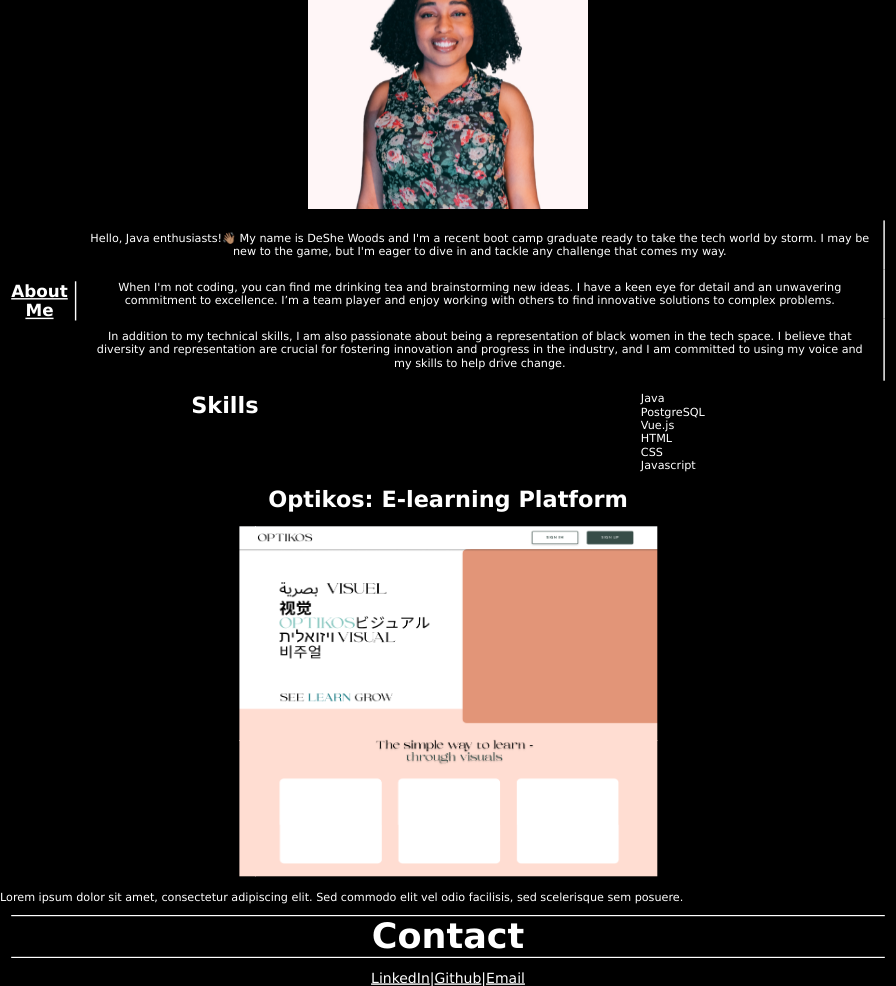
Repository: woodsdeshe/portfolio
Page: index.html
An editor plug-in stored every save of this project. The page is shown before and after the next save, followed by the edit.
The browser window is 1280 px wide. The pictures show the part of the page from y = 937 to 2857 px (the page is 2346 px tall before and 2857 px after), at 70% of full size.
A picture or video elsewhere on the page could not be fetched, so the positions and the page height are approximate. Some web fonts or font styles are not loaded; a fallback is used.

Above is the page before, as saved 2023-06-11 12:10:35.

### index.html
<!DOCTYPE html>
<html lang="en">
<head>
    <meta charset="UTF-8">
    <meta http-equiv="X-UA-Compatible" content="IE=edge">
    <meta name="viewport" content="width=device-width, initial-scale=1.0">
    <title>DeShe Woods | Software Engineer</title>
    <link rel="stylesheet" href="style.css">
    <link rel="stylesheet" href="https://cdnjs.cloudflare.com/ajax/libs/aos/2.3.4/aos.css" />
</head>
<body>
    <div class="container">
        <video autoplay muted loop>
            <source src="background-4422.mp4" type="video/mp4">
        </video>
        <div class="header">
            <h1>DESHE WOODS</h1>
        </div>
    </div>
    <div class="subheader">
        <h3>SOFTWARE ENGINEER | VISUAL ARTIST</h3>
    </div>
    <div class="headshot" data-aos="fade-up">
        <img src="Headshot.jpg" alt="Picture of DeShe Woods">
    </div>
    <div class="about-me" data-aos="fade-up">
        <h2>About Me</h2>
        <div class="about-me-content">
          <p>Hello, Java enthusiasts!👋🏽 My name is DeShe Woods and I'm a recent boot camp graduate ready to take the tech world by storm. I may be new to the game, but I'm eager to dive in and tackle any challenge that comes my way.</p>
          <p>When I'm not coding, you can find me drinking tea and brainstorming new ideas. I have a keen eye for detail and an unwavering commitment to excellence. I’m a team player and enjoy working with others to find innovative solutions to complex problems.</p>
          <p>In addition to my technical skills, I am also passionate about being a representation of black women in the tech space. I believe that diversity and representation are crucial for fostering innovation and progress in the industry, and I am committed to using my voice and my skills to help drive change.</p>
        </div>
      </div>

      <div class="skills-content" data-aos="fade-up">
        <h1>Skills</h1>
        <div class="skills-grid">
          <p class="java">Java</p>
          <p class="postgresql">PostgreSQL</p>
          <p class="Vue-js">Vue.js</p>
          <p class="html">HTML</p>
          <p class="css">CSS</p>
          <p class="javascript">Javascript</p>
        </div>
      </div>

      <div class="optikos" data-aos="fade-up">
        <h1>Optikos: E-learning Platform</h1>
        <div class="optikos-content">
          <img src="Screenshot (6).png" alt="Screenshot of Optikos home page">
          <p>Lorem ipsum dolor sit amet, consectetur adipiscing elit. Sed commodo elit vel odio facilisis, sed scelerisque sem posuere.</p>
        </div>
      </div>

    <div class="contact" data-aos="fade-right">
        <h2>Contact</h2>
    </div>
   <footer>
    <a href="#">LinkedIn</a> |
    <a href="#">Github</a> |
    <a href="#">Email</a>
   </footer>

   <script src="https://cdnjs.cloudflare.com/ajax/libs/jquery/3.6.0/jquery.min.js"></script>
   <script src="https://cdnjs.cloudflare.com/ajax/libs/aos/2.3.4/aos.js"></script>
   <script>
     AOS.init();
   </script>
</body>
</html>

### style.css
@import url('https://fonts.googleapis.com/css2?family=Climate+Crisis&display=swap');

* {
    margin: 0;
    padding: 0;
    box-sizing: border-box;
}

body:not(.container) {
    background-color: #000;
    font-family: Verdana, Geneva, Tahoma, sans-serif;
    color: white;
}

.container {
    width: 100%;
    height: 100%;
    position: relative;
}

.container video {
    height: 100%;
    width: 100%;
}

.header h1{
    font-family:'Climate Crisis', cursive, Verdana;
    font-size: 200px;
    font-weight: 900;
    text-align: center;
    color: white;
    position: absolute;
    top: 0;
    left:0;
    background: #000;
    height: 100%;
    width: 100%;
    display:flex;
    align-items: center;
    justify-content: center;
    flex-wrap: wrap;
    mix-blend-mode: multiply;
}

.subheader {
    border-top: 2px solid white;
    border-bottom: 2px solid white;
    padding: 1rem;
    text-align: center;
    font-size: 50px;
}

.headshot img {
    height:400px;
    width: 400px;
    align-content: center;
    display:block;
    margin-left: auto;
    margin-right: auto;
    margin-top: 20px;
}

.about-me {
    padding: 1rem;
    text-align: center;
    display: flex;
    align-items: center;
}

.about-me h2 {
    text-decoration: underline;
    border-right: 2px solid white;
    padding-right: 10px;
}

.about-me p {
    border-right: 2px solid white;
    padding: 1rem;
}

.portfolio-header, .skills-header, .contact h2 {
    font-size: 50px;
    text-align: center;
    border-top: 2px solid white;
    border-bottom: 2px solid white;
    margin: 1rem
}

.skills-content {
    display: flex;
    flex-direction: row;
    justify-content: space-around;
}

.portfolio {
    display: flex;
    flex-direction: column;
}

.optikos img {
   width: 597px;
   height: 500px;
   display: block;
   margin-left: auto;
    margin-right: auto;
    margin-bottom: 20px;
}


.optikos h1 {
    text-align: center;
    margin: 20px;
}

.optikos p {
    grid-area: "optikos-content";
}

.contact h2{
    font-size: 50px
}

footer {
    display: flex;
    justify-content: center;
    font-size: 20px;
}

footer a {

        box-shadow: inset 0 0 0 0 #54b3d6;
        color: white;
        margin: 0 -.25rem;
        padding: 0 .25rem;
        transition: color .3s ease-in-out, box-shadow .3s ease-in-out;
}
    footer a:hover {
        box-shadow: inset 100px 0 0 0 #54b3d6;
        color: white;
      }

After the next save:
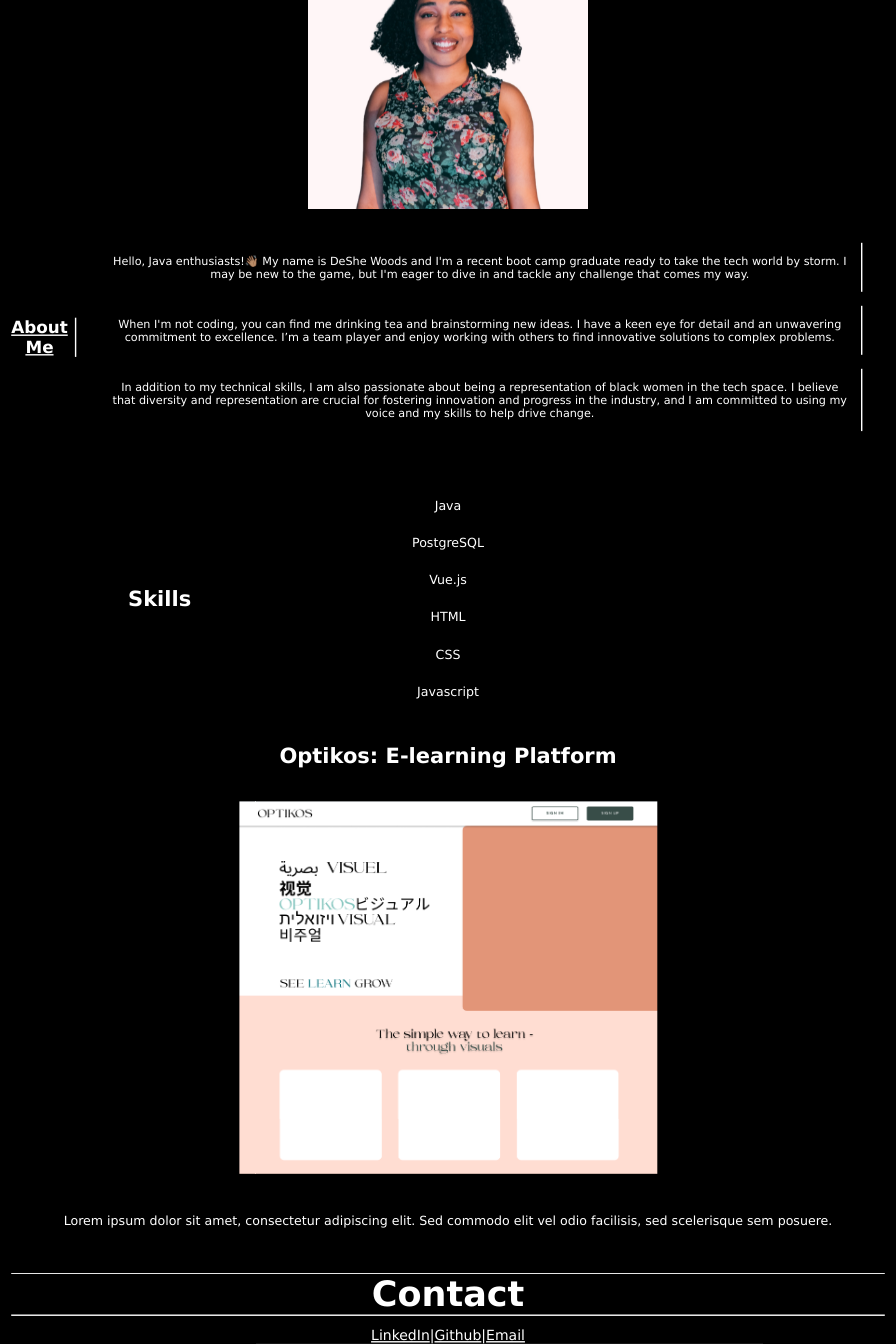
Saved 5 s later.
--- a/style.css
+++ b/style.css
@@ -138,3 +138,52 @@ footer a {
         box-shadow: inset 100px 0 0 0 #54b3d6;
         color: white;
       }
+
+      .about-me-content {
+        display: grid;
+        grid-template-columns: 1fr;
+        grid-gap: 20px;
+        justify-items: center;
+        align-items: center;
+        padding: 2rem;
+        text-align: center;
+      }
+
+      .skills-content {
+        display: grid;
+        grid-template-columns: repeat(3, 1fr);
+        grid-gap: 20px;
+        justify-items: center;
+        align-items: center;
+        padding: 2rem;
+        text-align: center;
+      }
+
+      .optikos-content {
+        display: grid;
+        grid-template-columns: 1fr;
+        grid-gap: 20px;
+        justify-items: center;
+        align-items: center;
+        text-align: center;
+        padding: 2rem;
+      }
+
+      .optikos img {
+        max-width: 100%;
+        height: auto;
+      }
+
+      .skills-content h1,
+      .optikos h1 {
+        margin: 0;
+        padding: 1rem;
+        font-size: 30px;
+      }
+
+      .skills-content p,
+      .optikos p {
+        margin: 0;
+        padding: 1rem;
+        font-size: 18px;
+      }

After the save that followed:
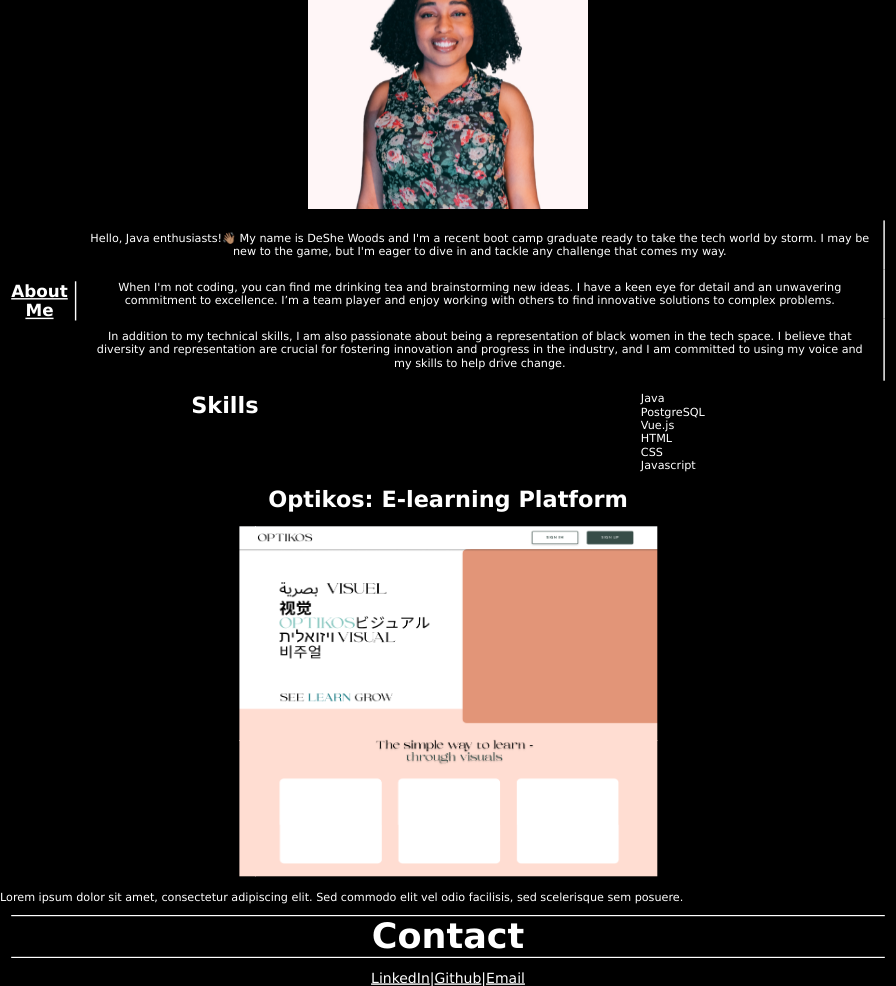
Saved 7 min 22 s later.
--- a/style.css
+++ b/style.css
@@ -138,52 +138,3 @@ footer a {
         box-shadow: inset 100px 0 0 0 #54b3d6;
         color: white;
       }
-
-      .about-me-content {
-        display: grid;
-        grid-template-columns: 1fr;
-        grid-gap: 20px;
-        justify-items: center;
-        align-items: center;
-        padding: 2rem;
-        text-align: center;
-      }
-
-      .skills-content {
-        display: grid;
-        grid-template-columns: repeat(3, 1fr);
-        grid-gap: 20px;
-        justify-items: center;
-        align-items: center;
-        padding: 2rem;
-        text-align: center;
-      }
-
-      .optikos-content {
-        display: grid;
-        grid-template-columns: 1fr;
-        grid-gap: 20px;
-        justify-items: center;
-        align-items: center;
-        text-align: center;
-        padding: 2rem;
-      }
-
-      .optikos img {
-        max-width: 100%;
-        height: auto;
-      }
-
-      .skills-content h1,
-      .optikos h1 {
-        margin: 0;
-        padding: 1rem;
-        font-size: 30px;
-      }
-
-      .skills-content p,
-      .optikos p {
-        margin: 0;
-        padding: 1rem;
-        font-size: 18px;
-      }
